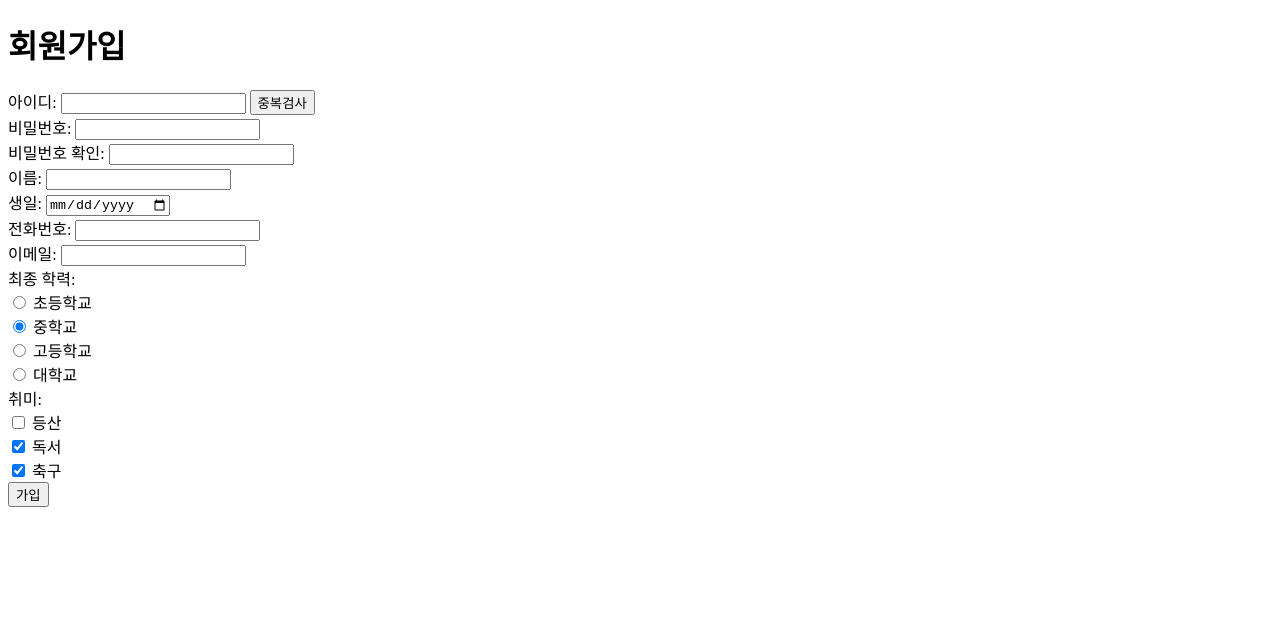
Repository: Chojaejun/javastudy
Page: HelloWorld/WebContent/d.html
These files come from the project's save history. The page is drawn as it stood at one moment and after the next save; the edit follows.
The browser window is 1280 px wide. The pictures show the whole page.

Above is the page before, as saved 2020-12-07 02:15:27.

After the next save:
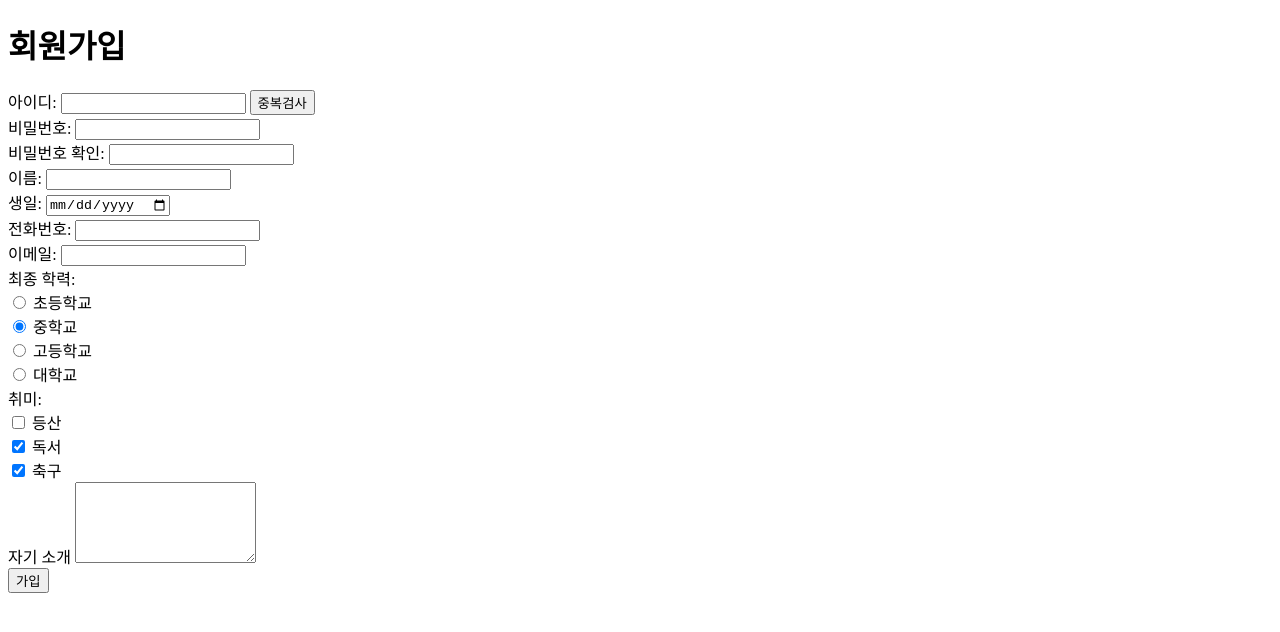
Saved 4 min 44 s later.
--- a/HelloWorld/WebContent/d.html
+++ b/HelloWorld/WebContent/d.html
@@ -59,8 +59,11 @@
 <input id="soccer" type="checkbox" name="hobby" value="soccer" checked>
 <label for="soccer">축구</label>
 <br>
+<label>자기 소개</label>
+<textarea rows="5" name="myint"></textarea>
+<br>
+<input type="submit" value="가입">
 
-<input type="submit" value="가입">
 
 </form>
 
